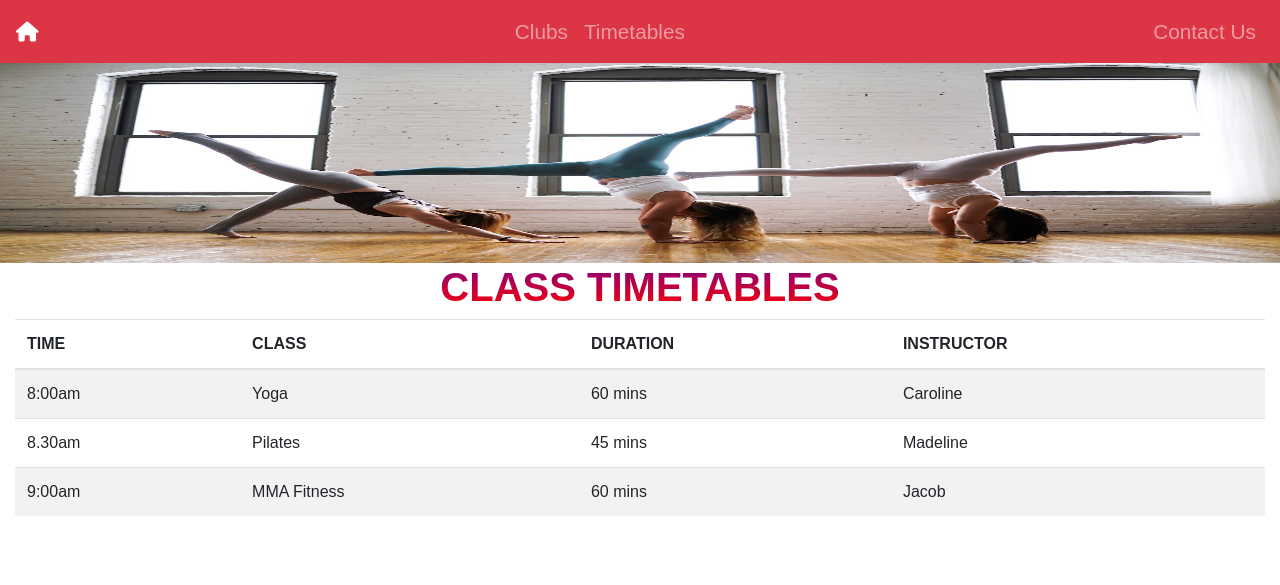
Repository: KJY93/User_Centric_Frontend_Development_Project
Page: timetables.html
The author's editor kept a record of every edit. The page is drawn from the files as they stood at one moment, then again after the next edit.
The browser window is 1280 px wide. The pictures show the whole page.
Some web fonts or font styles are not loaded; a fallback is used. Some web libraries are served in a nearby version.

Above is the page before.

### timetables.html
<!DOCTYPE html>
<html lang="en-US">
	<head>
	    <meta charset="UTF-8">
	    <meta name="viewport" content="width=device-width, initial-scale=1.0">
	    <meta http-equiv="X-UA-Compatible" content="ie=edge">
	    <title>Shape Shifters | Our Clubs</title>

		<!-- Google Fonts -->
	    <link href="https://fonts.googleapis.com/css?family=Cute+Font&display=swap" rel="stylesheet">

	    <!-- Logo -->
	    <link rel="icon" href="static/fitness-logo.ico">

	    <!-- Bootstrap CSS -->
	    <link rel="stylesheet" href="https://stackpath.bootstrapcdn.com/bootstrap/4.3.1/css/bootstrap.min.css" integrity="sha384-ggOyR0iXCbMQv3Xipma34MD+dH/1fQ784/j6cY/iJTQUOhcWr7x9JvoRxT2MZw1T" crossorigin="anonymous">

	    <!-- External CSS StyleSheet -->
		<link rel="stylesheet" type="text/css" href="static/styles.css">

		<!-- Bootstrap JS -->
	    <script src="https://code.jquery.com/jquery-3.3.1.slim.min.js" integrity="sha384-q8i/X+965DzO0rT7abK41JStQIAqVgRVzpbzo5smXKp4YfRvH+8abtTE1Pi6jizo" crossorigin="anonymous"></script>
	    <script src="https://cdnjs.cloudflare.com/ajax/libs/popper.js/1.14.7/umd/popper.min.js" integrity="sha384-UO2eT0CpHqdSJQ6hJty5KVphtPhzWj9WO1clHTMGa3JDZwrnQq4sF86dIHNDz0W1" crossorigin="anonymous"></script>
	    <script src="https://stackpath.bootstrapcdn.com/bootstrap/4.3.1/js/bootstrap.min.js" integrity="sha384-JjSmVgyd0p3pXB1rRibZUAYoIIy6OrQ6VrjIEaFf/nJGzIxFDsf4x0xIM+B07jRM" crossorigin="anonymous"></script>

	    <!-- Font Awesome -->
	    <script src="https://kit.fontawesome.com/3df94da5fe.js"></script>
	</head>

	<body>
	    <main>
	        <!-- Navbar -->
			<nav class="navbar navbar-expand-md navbar-dark bg-danger">
			  	<a class="navbar-brand" href="#"><i class="fas fa-home"></i></a>
			  	<button class="navbar-toggler" type="button" data-toggle="collapse" data-target="#navbarNav">
			    <span class="navbar-toggler-icon"></span>
			  	</button>
			  	<div class="collapse navbar-collapse" id="navbarNav">
			    	<ul class="navbar-nav ml-auto">
			      		<li class="nav-item">
			        		<a class="nav-link" href="#">Clubs</a>
			      		</li>
			      		<li class="nav-item">
			        		<a class="nav-link" href="#">Timetables</a>
			      		</li>
			    	</ul>

			    	<ul class="navbar-nav ml-auto">
			      		<li class="nav-item">
			        		<a class="nav-link" href="#">Contact Us</a>
			      		</li>
			    	</ul>
			  	</div>
			</nav>

			<!-- Timetables background -->
			<div id="timetables-header-background"></div>

			<!-- Class Timetables Header-->
			<div>
				<h1 class="club-header"><strong>CLASS TIMETABLES</strong></h1>
			</div>

			<!-- Timetables -->
			<div class="container-fluid">
                <table class="table table-striped">
                    <thead>
                        <tr>
                            <th scope="col">TIME</th>
                            <th scope="col">CLASS</th>
                            <th scope="col">DURATION</th>
                            <th scope="col">INSTRUCTOR</th>
                        </tr>
                    </thead>
                    <tbody>
                        <tr>
                            <td>8:00am</td>
                            <td>Yoga</td>
                            <td>60 mins</td>
                            <td>Caroline</td>
                        </tr>
                        <tr>
                            <td>8.30am</td>
                            <td>Pilates</td>
                            <td>45 mins</td>
                            <td>Madeline</td>
                        </tr>
                        <tr>
                            <td>9:00am</td>
                            <td>MMA Fitness</td>
                            <td>60 mins</td>
                            <td>Jacob</td>
                        </tr>
                    </tbody>
                </table>
            </div>

	    </main>
	</body>
</html>

### static/styles.css
body, html {
	height: 100%;
}

body {
	font-family: 'Cute Font', cursive, sans-serif;
}

input[type="email"] {
  background: transparent;
  border: none;
  border-bottom: 1px solid #a9a9a9;
  box-shadow: none;
  border-radius: 0;
}

.iframe-video-size {
	width: 300px;
	height: 320px;
}

.social-media-logo {
	margin-right: 5px;
}

.separator {
	margin-bottom: 10px;
	height: 2px;
	width: 30px;
	background: rgb(255, 0, 0);
	z-index: 1;
}

.row {
	margin-left: 0;
	margin-right: 0;
}

#advert > h1 {
	color: #ffffff;
}

#signup-link {
	color: #ffffff;
}

input[type="email"] {
 	font-size: 1em;
}

.col-sm-12, .col-md-6, .nav-link, #signup-link {
	font-size: 1.3em;
}

.link-deco:link {
	text-decoration: none;
}

.link-deco:hover {
	font-size:120%;
}

.link-font-color, button > .link-deco:hover {
	color: #ffffff;
}

.box2, .box3 {
	background: rgba(255,117,117,0.1);
}

.button-container, p, .challenge-container, #signup-container, .box3, .box2 {
	text-align: center;
}

#divider {
	width: 100%;
	border: 1px solid black;
}

footer {
	padding-top: 35px;
	padding-bottom: 35px;
	background: rgba(0, 0, 0);
	color: #ffffff;
}

.box1 {
	background:url('../static/background-mobile.jpg');
	background-repeat: no-repeat;
	background-size: 100% 100%;
	height: 400px;
	display: flex;
	align-items: center;
	justify-content: center;
}

/*https://codepen.io/adamjohnson/pen/aokGt*/
/* Skew button design adapted from the above codepen project*/
.submit-btn {
	color: #fff;
	background: #ff0000;
	font-weight: 700;
	text-align: center;
	text-decoration: none;
	border: 0;
	outline: 0;
	font-size: 1.2rem;
	padding: 12px 35px;
	display: inline-block;
	transform: skew(-21deg);
	border-radius: 0;
}

.input-field-container {
	display: flex;
	flex-direction: row;
}

.submit-btn:hover {
	background: #0069a8;
}

span {
	display: inline-block; /* change to inline-block so that the text can be un-skewed*/
}

.submit-btn > span {
	-webkit-transform: skew(21deg);  /* Un-skew the text */
}

.btn-group {
	padding-left: 15px;
}

.flag-logo {
	padding-right: 10px;
}

#club-header-background {
	background:url('../static/bodycombat.jpg');
	background-repeat: no-repeat;
	background-size: 100% 100%;
	height: 200px;
}

.club-header {
	text-align: center;
	background: linear-gradient(to top, #ff0000 , #800080);
	-webkit-background-clip: text;
	-webkit-text-fill-color: transparent;
	font-size: 2.5em;
}

.location {
	display: flex;
	flex-direction: column;
	justify-content: center;
	align-items: center;
	color: #ffffff;
	margin-bottom: 20px;
}

.location:link {
	text-decoration: none;
}

.location:hover {
	opacity: 0.8;
}

.location:hover .location-name, .location:hover .club-info {
	background: linear-gradient(to top, #ff0000 , #ff9800);
	-webkit-background-clip: text;
	-webkit-text-fill-color: transparent;
}

.location-name {
	font-size: 2.3em;
}

.club-info {
	font-size: 1.2em;
	border: 1px solid #ffffff;
	padding-left: 20px;
	padding-right: 20px;
	border-radius: 20px;
}

#location-image-1 {
	background:url('../static/paragon.jpg');
    background-size: 100% 100%;
    background-repeat: no-repeat;
    background-position: center;
	border-radius: 10px;
	height: 250px;
}

#location-image-2 {
	background:url('../static/clarke-quay.jpg');
    background-size: 100% 100%;
    background-repeat: no-repeat;
    background-position: center;
	border-radius: 10px;
	height: 250px;
}

#location-image-3 {
	background:url('../static/tanjongpagar.jpg');
    background-size: 100% 100%;
    background-repeat: no-repeat;
    background-position: center;
	border-radius: 10px;
	height: 250px;
}

#location-image-4 {
	background:url('../static/vivocity.jpg');
    background-size: 100% 100%;
    background-repeat: no-repeat;
    background-position: center;
	border-radius: 10px;
	height: 250px;
}

#location-image-5 {
	background:url('../static/rafflesplace.jpg');
    background-size: 100% 100%;
    background-repeat: no-repeat;
    background-position: center;
	border-radius: 10px;
	height: 250px;
}

#location-image-6 {
	background:url('../static/rafflesmall.jpg');
    background-size: 100% 100%;
    background-repeat: no-repeat;
    background-position: center;
	border-radius: 10px;
	height: 250px;
}

#timetables-header-background {
	background:url('../static/groupyoga.jpg');
	background-repeat: no-repeat;
	background-size: 100% 100%;
	height: 200px;
}

/* for extra small device */
@media (max-width: 400px) {
	.iframe-video-size {
	width: 260px;
	height: 320px;
	}

	#club-header-background {
		height: 160px;
	}

	.club-header {
		font-size: 2.0em;
	}

	.location-name {
		font-size: 2.0em;
	}

	.club-info {
		font-size: 1.0em;
	}
}

/* for medium screen device */
@media (min-width: 768px) and (max-width: 991.98px) {
	.box1 {
		background:url('../static/background.jpg');
		background-repeat: no-repeat;
		height: 550px;
		background-size: 100% 100%;
	}

	.box2 {
		text-align: center;
	}

	.btn-group {
		padding-left: 0;
	}

	.iframe-video-size {
		width: 340px;
		height: 320px;
	}

}

/* for large screen device */
@media (min-width: 992px) {
	.box1 {
		background:url('../static/background.jpg');
		background-repeat: no-repeat;
		height: 600px;
		background-size: 100% 100%;
	}

	.btn-group {
		padding-left: 0;
	}

	.submit-btn {
		padding: 3px 35px;
	}

	.iframe-video-size {
		width: 470px;
		height: 320px;
	}

	#club-header-background {
		height: 376px;
	}

}

After the next edit:
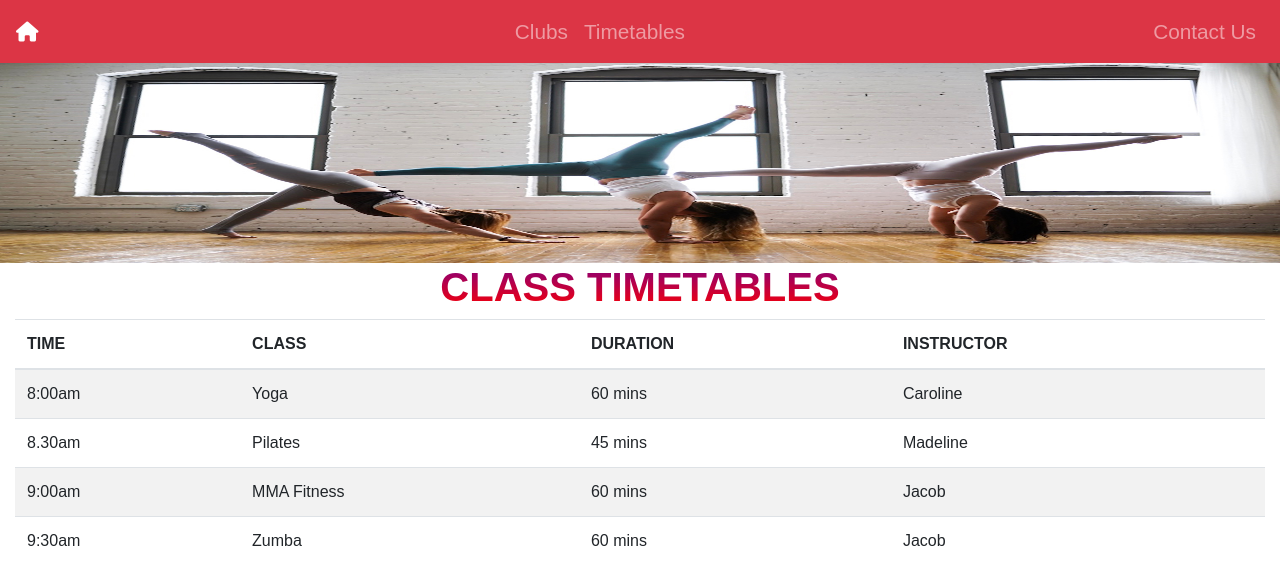
The edit:
--- a/timetables.html
+++ b/timetables.html
@@ -91,6 +91,12 @@
                             <td>60 mins</td>
                             <td>Jacob</td>
                         </tr>
+                        <tr>
+                            <td>9:30am</td>
+                            <td>Zumba</td>
+                            <td>60 mins</td>
+                            <td>Jacob</td>
+                        </tr>
                     </tbody>
                 </table>
             </div>
